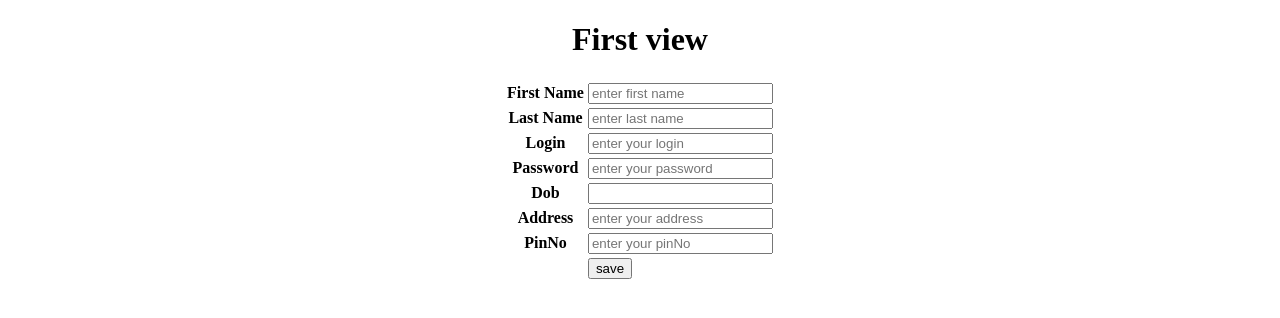
Repository: Deepak9669/JSP-Servlet
Page: http://localhost/Dynamic-Web-Project/FirstView.jsp
The author's editor kept a copy of each file at every save. The page is drawn from the files as they stood at one save, then again after the next save.
The browser window is 1280 px wide. The pictures show the whole page.
The page is served by Tomcat 9. Other server files are loaded and not shown.

Above is the page before, as saved 2025-09-29 15:03:16.

### Dynamic-Web-Project/WebContent/FirstView.jsp
<%@ page language="java" contentType="text/html; charset=ISO-8859-1"
    pageEncoding="ISO-8859-1"%>
<!DOCTYPE html>
<html>
<head>
<meta charset="ISO-8859-1">
<title>Insert title here</title>
</head>
<body>
<div align="center">

<h1>First view</h1>

  <form action="">

   <table>
      <tr>
      <th>First Name</th>
       <td><input type="text"name="firstName"value="" placeholder="enter first name"></td>

      </tr>
            <tr>
      <th>Last Name</th>
       <td><input type="text"name="lastName"value="" placeholder="enter last name"></td>

      </tr>
            <tr>
      <th>Login</th>
       <td><input type="email"name="login"value="" placeholder="enter your login"></td>

      </tr>
            <tr>
      <th>Password</th>
       <td><input type="password"name="password"value="" placeholder="enter your password"></td>

      </tr>
            <tr>
      <th>Dob</th>
       <td><input type="dob"name="dob"value="""></td>

      </tr>
            <tr>
      <th>Address</th>
       <td><input type="address"name="address"value="" placeholder="enter your address"></td>

      </tr>
            <tr>
      <th>PinNo</th>
       <td><input type="pinNo"name="pinNo"value="" placeholder="enter your pinNo"></td>

      </tr>
      <th></th>
      <td><input type="submit" name="operation"value="save""></td>



   </table>

  </form>

</div>
</body>
</html>

After the next save:
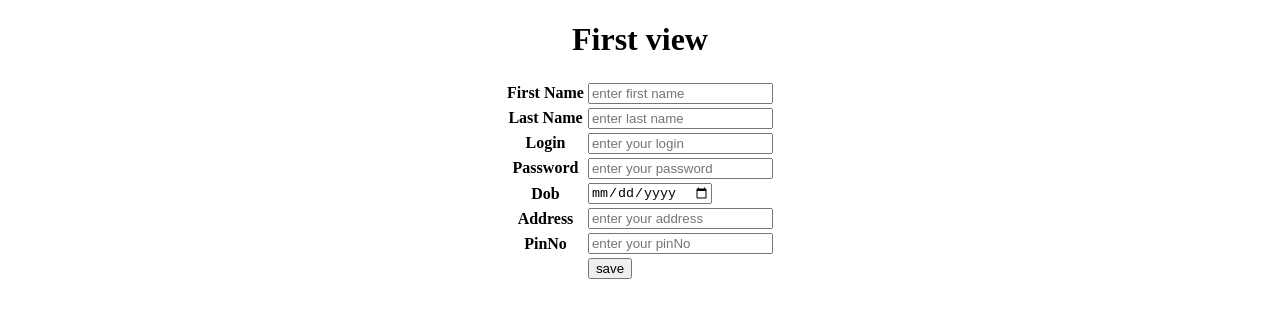
Saved 10 min 48 s later.
--- a/Dynamic-Web-Project/WebContent/FirstView.jsp
+++ b/Dynamic-Web-Project/WebContent/FirstView.jsp
@@ -11,7 +11,7 @@
 
 <h1>First view</h1>
 
-  <form action="">
+  <form action="FirstServlet">
 
    <table>
       <tr>
@@ -36,7 +36,7 @@
       </tr>
             <tr>
       <th>Dob</th>
-       <td><input type="dob"name="dob"value="""></td>
+       <td><input type="date"name="dob"value=""></td>
 
       </tr>
             <tr>
